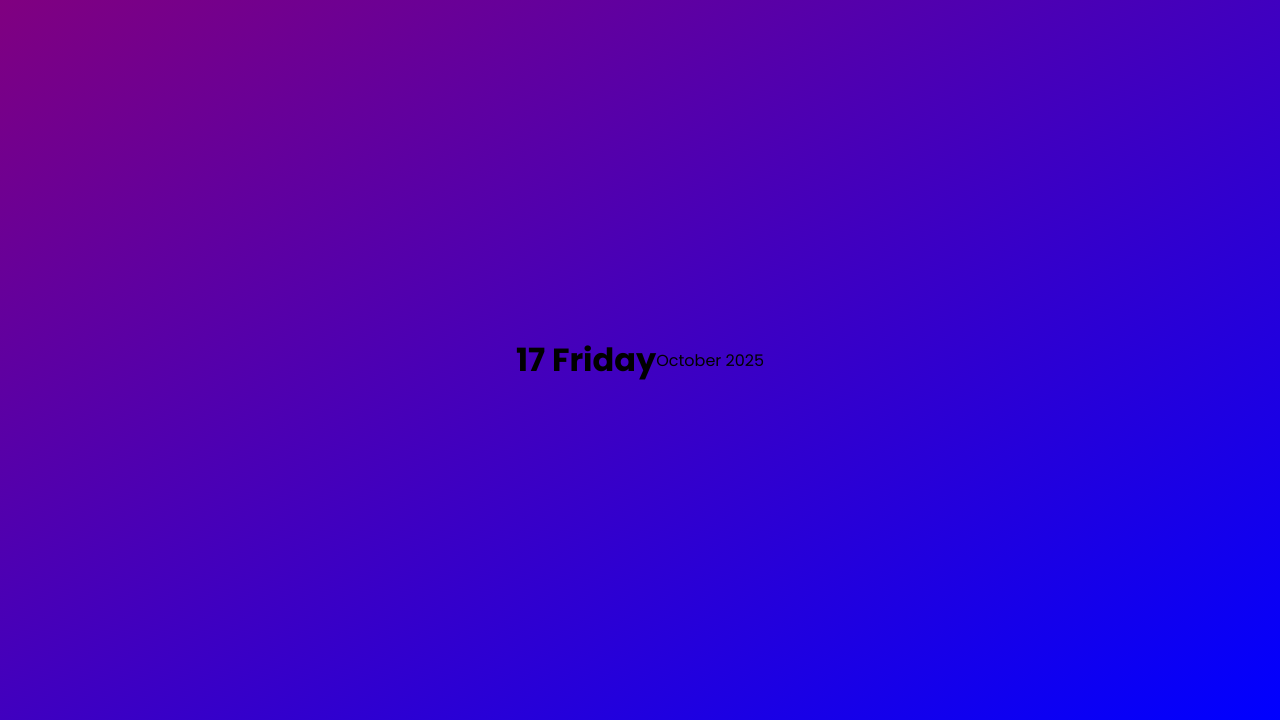
Repository: Ankitkr2021/Calendar
Page: index.html
These files come from the project's save history. The page is drawn as it stood at one moment and after the next save; the edit follows.
The browser window is 1280 px wide. The pictures show the whole page.

Above is the page before, as saved 2025-10-17 19:19:26.

After the next save:
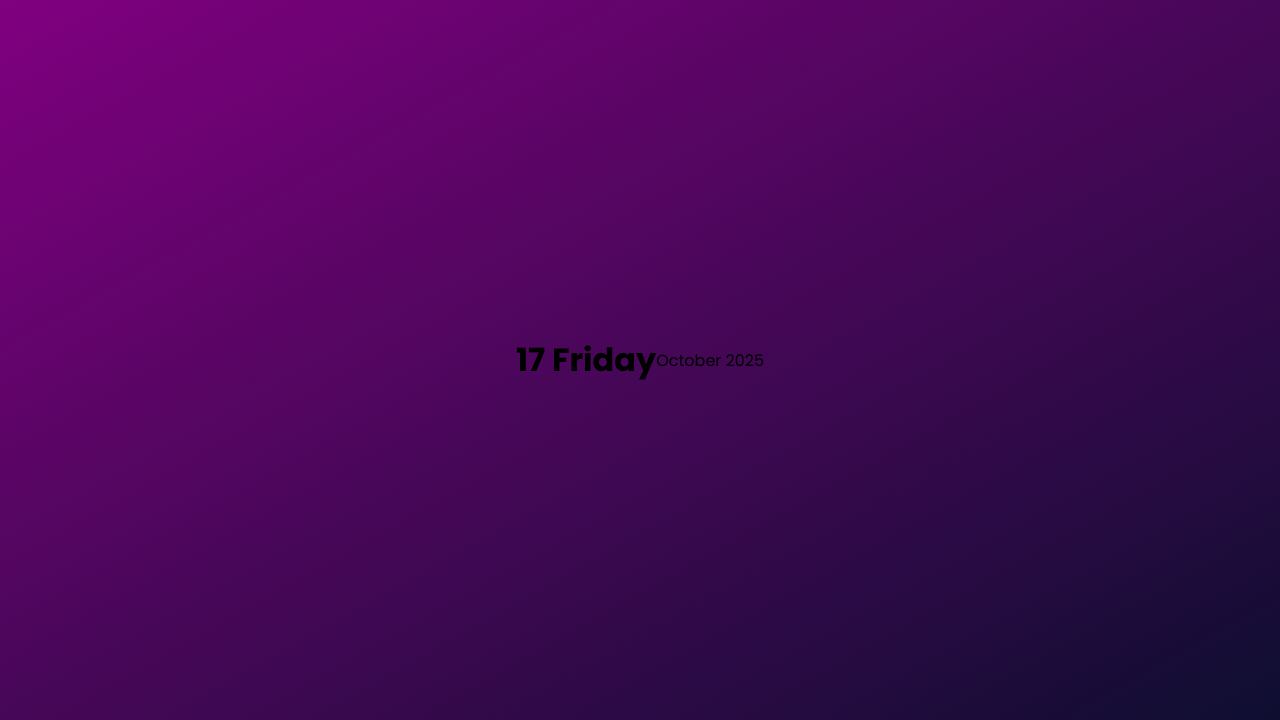
Saved 14 s later.
--- a/style.css
+++ b/style.css
@@ -12,7 +12,7 @@
     align-items: center;
     justify-content: center;
     height: 100vh;
-    background: linear-gradient(to bottom right, purple, blue);
+    background: linear-gradient(to bottom right, purple, rgb(14, 14, 48));
 }
 
 .date {
